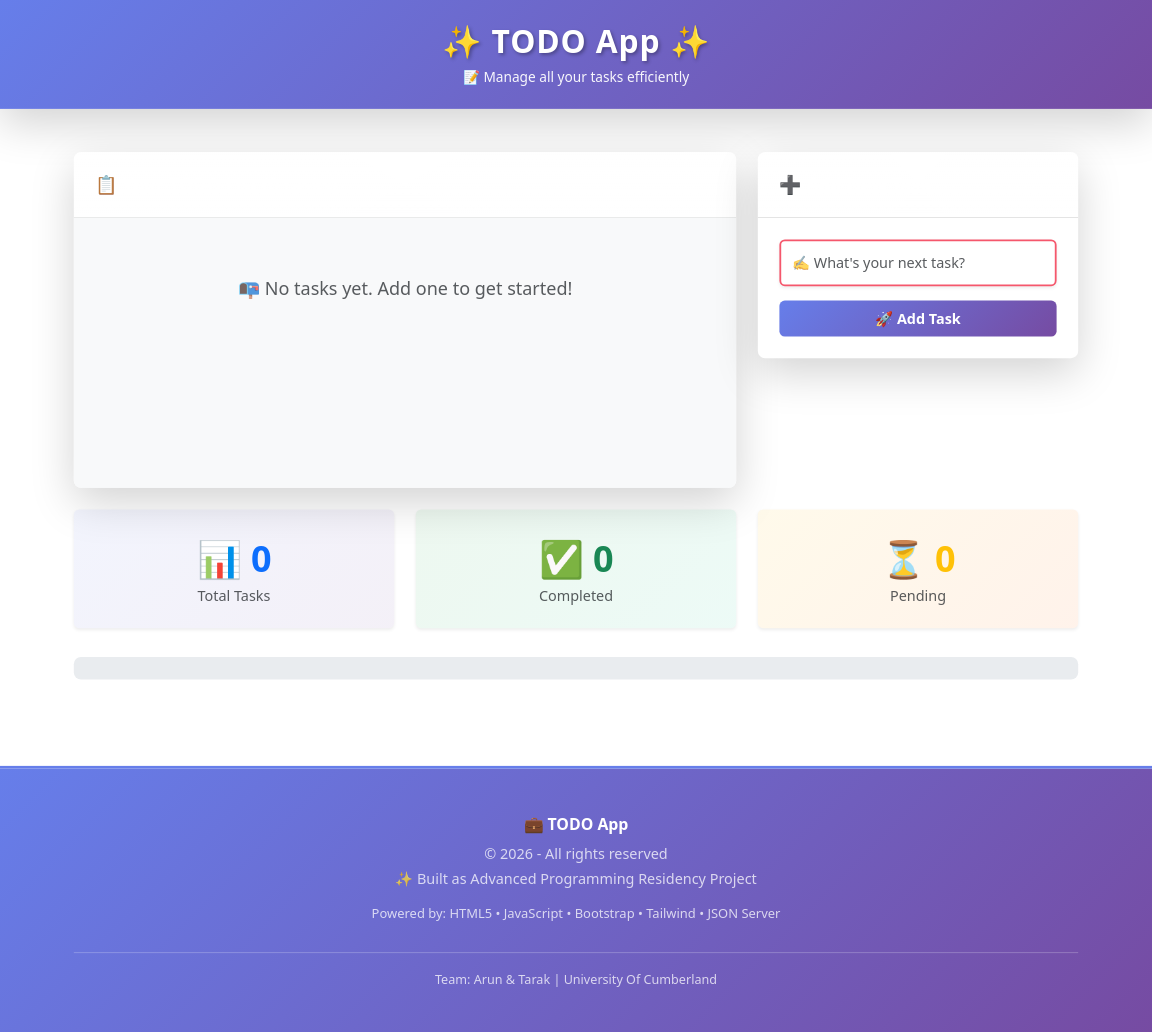
Repository: arunkr12/Master-In-Computer-Science
Page: Advanced Programming Language/Residency Project Team One Arun Javascript Version/TODO/index.html
These files come from the project's save history. The page is drawn as it stood at one moment and after the next save; the edit follows.
The browser window is 1280 px wide. The pictures show the whole page, at 90% of full size.
The page's requests for data from a server got no answer. Some web libraries are served in a nearby version.

Above is the page before, as saved 2026-02-20 18:49:23.

### Advanced Programming Language/Residency Project Team One Arun Javascript Version/TODO/index.html
<!doctype html>
<html lang="en">
  <head>
    <meta charset="UTF-8" />
    <meta name="viewport" content="width=device-width, initial-scale=1.0" />
    <title>TODO App</title>
    <link
      href="https://cdn.jsdelivr.net/npm/bootstrap@5.3.8/dist/css/bootstrap.min.css"
      rel="stylesheet"
    />
    <link href="https://cdn.tailwindcss.com" rel="stylesheet" />
    <style>
      body {
        display: flex;
        flex-direction: column;
        min-height: 100vh;
      }
      main {
        flex: 1;
      }
      footer {
        background-color: #f8f9fa;
        border-top: 1px solid #dee2e6;
      }
    </style>
  </head>
  <body>
    <div id="app"></div>

    <script src="https://cdn.jsdelivr.net/npm/bootstrap@5.3.8/dist/js/bootstrap.bundle.min.js"></script>
    <script type="module" src="app.js"></script>
  </body>
</html>

### Advanced Programming Language/Residency Project Team One Arun Javascript Version/TODO/app.js
import ToDoContainer from "./ToDoContainer/ToDoContainer.js";

// Initialize the app
const app = document.getElementById("app");
const todoContainer = new ToDoContainer();

// Load todos from JSON Server and render the app
async function initializeApp() {
  await todoContainer.initialize();
  app.innerHTML = todoContainer.render();
  setupEventListeners();
}

function setupEventListeners() {
  // Add todo button click
  const addBtn = document.querySelector(".add-todo-btn");
  const inputField = document.querySelector(".add-todo-input");

  if (addBtn) {
    addBtn.addEventListener("click", async () => {
      const text = inputField.value;
      if (text.trim()) {
        await todoContainer.addTodoItem(text);
        app.innerHTML = todoContainer.render();
        setupEventListeners();
        inputField.value = "";
      }
    });

    inputField.addEventListener("keypress", async (e) => {
      if (e.key === "Enter") {
        const text = inputField.value;
        if (text.trim()) {
          await todoContainer.addTodoItem(text);
          app.innerHTML = todoContainer.render();
          setupEventListeners();
          inputField.value = "";
        }
      }
    });
  }

  // Delete buttons
  const deleteButtons = document.querySelectorAll(".delete-btn");
  deleteButtons.forEach((btn) => {
    btn.addEventListener("click", async () => {
      const id = parseInt(btn.getAttribute("data-id"));
      await todoContainer.deleteTodoItem(id);
      app.innerHTML = todoContainer.render();
      setupEventListeners();
    });
  });

  // Edit buttons
  const editButtons = document.querySelectorAll(".edit-btn");
  editButtons.forEach((btn) => {
    btn.addEventListener("click", async () => {
      const id = parseInt(btn.getAttribute("data-id"));
      const currentText = btn.getAttribute("data-text");
      const newText = prompt("Edit task:", currentText);
      if (newText !== null && newText.trim()) {
        await todoContainer.editTodoItem(id, newText);
        app.innerHTML = todoContainer.render();
        setupEventListeners();
      }
    });
  });

  // Toggle checkboxes
  const checkboxes = document.querySelectorAll(".todo-checkbox");
  checkboxes.forEach((checkbox) => {
    checkbox.addEventListener("change", async () => {
      const id = parseInt(checkbox.getAttribute("data-id"));
      await todoContainer.toggleTodoItem(id);
      app.innerHTML = todoContainer.render();
      setupEventListeners();
    });
  });
}

// Initialize the app when DOM is ready
initializeApp();

### Advanced Programming Language/Residency Project Team One Arun Javascript Version/TODO/ToDoContainer/ToDoContainer.js
import Header from "../Header/Header.js";
import Footer from "../Footer/Footer.js";
import ToDoList from "../ToDoList/ToDoList.js";
import AddTodo from "../AddTodo/AddTodo.js";
import Stats from "../Stats/Stats.js";
import TodoService from "../Services/TodoService.js";

class ToDoContainer {
  constructor() {
    this.header = new Header("TODO App", "Manage all your tasks efficiently");
    this.footer = new Footer(2026, "TODO App");
    this.todoList = new ToDoList();
    this.addTodo = new AddTodo();
    this.stats = new Stats();
    this.todoService = new TodoService();

    this.todos = [];
  }

  async initialize() {
    this.todos = await this.todoService.getTodos();
    this.updateComponents();
  }

  updateComponents() {
    this.todoList.setTodos(this.todos);
    this.stats.setTodos(this.todos);
  }

  async addTodoItem(text) {
    if (text.trim()) {
      const newTodo = await this.todoService.addTodo(text);
      if (newTodo) {
        this.todos.push(newTodo);
        this.updateComponents();
        return newTodo;
      }
    }
    return null;
  }

  async editTodoItem(id, newText) {
    if (newText.trim()) {
      const updated = await this.todoService.updateTodo(id, {
        text: newText.trim(),
      });
      if (updated) {
        const todo = this.todos.find((t) => t.id === id);
        if (todo) {
          todo.text = newText.trim();
          this.updateComponents();
        }
        return updated;
      }
    }
    return null;
  }

  async toggleTodoItem(id) {
    const todo = this.todos.find((t) => t.id === id);
    if (todo) {
      const updated = await this.todoService.updateTodo(id, {
        completed: !todo.completed,
      });
      if (updated) {
        todo.completed = updated.completed;
        this.updateComponents();
      }
      return updated;
    }
    return null;
  }

  async deleteTodoItem(id) {
    const success = await this.todoService.deleteTodo(id);
    if (success) {
      this.todos = this.todos.filter((t) => t.id !== id);
      this.updateComponents();
      return true;
    }
    return false;
  }

  render() {
    const header = this.header.render();
    const mainContent = this.renderMain();
    const footer = this.footer.render();

    return `
            ${header}
            ${mainContent}
            ${footer}
        `;
  }

  renderMain() {
    const todoListHtml = this.todoList.render();
    const addTodoHtml = this.addTodo.render();
    const statsHtml = this.stats.render();

    return `
            <main class="py-5">
                <div class="container">
                    <div class="row mb-4">
                        <div class="col-md-8">
                            ${todoListHtml}
                        </div>
                        <div class="col-md-4">
                            ${addTodoHtml}
                        </div>
                    </div>
                    ${statsHtml}
                </div>
            </main>
        `;
  }

  getTodos() {
    return this.todos;
  }
}

export default ToDoContainer;

### Advanced Programming Language/Residency Project Team One Arun Javascript Version/TODO/Header/Header.js
class Header {
  constructor(
    title = "TODO App",
    subtitle = "Manage all your tasks efficiently",
  ) {
    this.title = title;
    this.subtitle = subtitle;
  }

  render() {
    return `
      <header class="bg-gradient-primary text-white py-4 shadow-lg" style="background: linear-gradient(135deg, #667eea 0%, #764ba2 100%);">
        <div class="container">
          <div class="text-center">
            <h1 class="m-0 fw-bold" style="text-shadow: 2px 2px 4px rgba(0,0,0,0.3); letter-spacing: 1px; font-size: 2.2rem;">
              ✨ ${this.title} ✨
            </h1>
            <p class="m-0 mt-2 text-white" style="font-size: 0.95rem; opacity: 0.95;">
              📝 ${this.subtitle}
            </p>
          </div>
        </div>
      </header>
    `;
  }
}

export default Header;

### Advanced Programming Language/Residency Project Team One Arun Javascript Version/TODO/Footer/Footer.js
class Footer {
  constructor(year = 2026, projectName = "TODO App") {
    this.year = year;
    this.projectName = projectName;
  }

  render() {
    return `
      <footer class="py-5 mt-5" style="background: linear-gradient(135deg, #667eea 0%, #764ba2 100%); color: white; border-top: 3px solid #667eea;">
        <div class="container">
          <div class="row text-center">
            <div class="col-md-12">
              <p class="mb-2 fw-bold" style="font-size: 1.1rem;">💼 ${this.projectName}</p>
              <p class="mb-1 opacity-75">&copy; ${this.year} - All rights reserved</p>
              <p class="mb-0 opacity-75">✨ Built as Advanced Programming Residency Project</p>
              <p class="mt-3 opacity-75" style="font-size: 0.9rem;">
                Powered by: HTML5 • JavaScript • Bootstrap • Tailwind • JSON Server
              </p>
            </div>
          </div>
          <hr class="my-3 opacity-25">
          <div class="text-center opacity-75">
            <small>Team: Arun & Tarak | University Of Cumberland</small>
          </div>
        </div>
      </footer>
    `;
  }
}

export default Footer;

### Advanced Programming Language/Residency Project Team One Arun Javascript Version/TODO/ToDoList/ToDoList.js
class ToDoList {
  constructor(todos = []) {
    this.todos = todos;
    this.editingId = null;
    this.editText = "";
  }

  setTodos(todos) {
    this.todos = todos;
  }

  renderTodoRow(todo) {
    const isEditing = this.editingId === todo.id;
    const statusIcon = todo.completed ? "✅" : "📌";

    return `
      <div class="list-group-item d-flex justify-content-between align-items-center p-3 border-0 shadow-sm mb-2"
           data-todo-id="${todo.id}"
           style="background: ${todo.completed ? "#f0f9ff" : "#fafbfc"}; border-left: 4px solid ${todo.completed ? "#28a745" : "#667eea"} !important; border-radius: 4px;">
        <div class="flex-grow-1 d-flex align-items-center">
          <input class="form-check-input me-3 todo-checkbox" type="checkbox"
                 data-id="${todo.id}"
                 style="width: 20px; height: 20px; cursor: pointer;"
                 ${todo.completed ? "checked" : ""}>
          <span class="todo-text fs-5 ${todo.completed ? "text-decoration-line-through text-success" : "text-dark fw-500"}"
                style="cursor: default;">
            ${statusIcon} ${todo.text}
          </span>
        </div>
        <div class="btn-group btn-group-sm" role="group">
          <button class="btn btn-sm btn-outline-warning edit-btn" data-id="${todo.id}" data-text="${todo.text}" title="Edit" style="border-radius: 4px 0 0 4px;">
            ✏️ Edit
          </button>
          <button class="btn btn-sm btn-outline-danger delete-btn" data-id="${todo.id}" title="Delete" style="border-radius: 0 4px 4px 0;">
            🗑️ Delete
          </button>
        </div>
      </div>
    `;
  }

  render() {
    const todosHtml = this.todos
      .map((todo) => this.renderTodoRow(todo))
      .join("");

    return `
      <div class="card shadow-lg border-0" style="border-radius: 8px;">
        <div class="card-header bg-gradient p-4" style="background: linear-gradient(135deg, #667eea 0%, #764ba2 100%); border-radius: 8px 8px 0 0;">
          <h5 class="mb-0 text-white fw-bold">
            📋 Your TODO List (${this.todos.length} tasks)
          </h5>
        </div>
        <div class="p-3" style="min-height: 300px; background: #f8f9fa; border-radius: 0 0 8px 8px;">
          ${todosHtml || '<div class="text-center text-muted py-5"><p class="fs-5">📭 No tasks yet. Add one to get started!</p></div>'}
        </div>
      </div>
    `;
  }
}

export default ToDoList;

### Advanced Programming Language/Residency Project Team One Arun Javascript Version/TODO/AddTodo/AddTodo.js
class AddTodo {
  constructor(onAdd = null) {
    this.onAdd = onAdd;
    this.inputValue = "";
  }

  render() {
    return `
      <div class="card shadow-lg border-0" style="border-radius: 8px;">
        <div class="card-header bg-gradient p-4" style="background: linear-gradient(135deg, #f093fb 0%, #f5576c 100%); border-radius: 8px 8px 0 0;">
          <h5 class="card-title mb-0 text-white fw-bold">
            ➕ Add New Task
          </h5>
        </div>
        <div class="card-body p-4">
          <div class="mb-3">
            <input type="text" class="form-control add-todo-input shadow-sm"
                   placeholder="✍️ What's your next task?"
                   id="newTaskInput"
                   style="border: 2px solid #f5576c; border-radius: 6px; padding: 12px; font-size: 1rem;">
          </div>
          <button class="btn btn-gradient w-100 add-todo-btn fw-bold py-2"
                  style="background: linear-gradient(135deg, #667eea 0%, #764ba2 100%); border: none; border-radius: 6px; color: white; font-size: 1rem; transition: all 0.3s ease;">
            🚀 Add Task
          </button>
        </div>
      </div>
    `;
  }
}

export default AddTodo;

### Advanced Programming Language/Residency Project Team One Arun Javascript Version/TODO/Stats/Stats.js
class Stats {
  constructor(todos = []) {
    this.todos = todos;
  }

  setTodos(todos) {
    this.todos = todos;
  }

  getTotalTasks() {
    return this.todos.length;
  }

  getCompletedTasks() {
    return this.todos.filter((t) => t.completed).length;
  }

  getPendingTasks() {
    return this.getTotalTasks() - this.getCompletedTasks();
  }

  render() {
    const total = this.getTotalTasks();
    const completed = this.getCompletedTasks();
    const pending = this.getPendingTasks();
    const percentage = total > 0 ? Math.round((completed / total) * 100) : 0;

    return `
      <div class="row mt-4">
        <div class="col-md-4 mb-3">
          <div class="card shadow-sm border-0 text-center p-4" style="background: linear-gradient(135deg, #667eea15 0%, #764ba215 100%); border-left: 4px solid #667eea;">
            <div class="text-primary fw-bold" style="font-size: 2.5rem;">📊 ${total}</div>
            <div class="text-muted fw-500">Total Tasks</div>
          </div>
        </div>
        <div class="col-md-4 mb-3">
          <div class="card shadow-sm border-0 text-center p-4" style="background: linear-gradient(135deg, #28a74515 0%, #20c99715 100%); border-left: 4px solid #28a745;">
            <div class="text-success fw-bold" style="font-size: 2.5rem;">✅ ${completed}</div>
            <div class="text-muted fw-500">Completed</div>
          </div>
        </div>
        <div class="col-md-4 mb-3">
          <div class="card shadow-sm border-0 text-center p-4" style="background: linear-gradient(135deg, #ffc10715 0%, #ff650715 100%); border-left: 4px solid #ff6b6b;">
            <div class="text-warning fw-bold" style="font-size: 2.5rem;">⏳ ${pending}</div>
            <div class="text-muted fw-500">Pending</div>
          </div>
        </div>
      </div>
      <div class="progress mt-3" style="height: 25px; border-radius: 8px;">
        <div class="progress-bar bg-success fw-bold" role="progressbar"
             style="width: ${percentage}%; border-radius: 8px;"
             aria-valuenow="${percentage}" aria-valuemin="0" aria-valuemax="100">
          ${percentage}% Complete
        </div>
      </div>
    `;
  }
}

export default Stats;

### Advanced Programming Language/Residency Project Team One Arun Javascript Version/TODO/Services/TodoService.js
class TodoService {
  constructor(apiUrl = "http://localhost:3000") {
    this.apiUrl = apiUrl;
    this.todosEndpoint = `${this.apiUrl}/todos`;
  }

  async getTodos() {
    try {
      const response = await fetch(this.todosEndpoint);
      if (!response.ok) throw new Error("Failed to fetch todos");
      return await response.json();
    } catch (error) {
      console.error("Error fetching todos:", error);
      return [];
    }
  }

  async addTodo(text) {
    try {
      const response = await fetch(this.todosEndpoint, {
        method: "POST",
        headers: { "Content-Type": "application/json" },
        body: JSON.stringify({
          text: text.trim(),
          completed: false,
        }),
      });
      if (!response.ok) throw new Error("Failed to add todo");
      return await response.json();
    } catch (error) {
      console.error("Error adding todo:", error);
      return null;
    }
  }

  async updateTodo(id, updates) {
    try {
      const response = await fetch(`${this.todosEndpoint}/${id}`, {
        method: "PATCH",
        headers: { "Content-Type": "application/json" },
        body: JSON.stringify(updates),
      });
      if (!response.ok) throw new Error("Failed to update todo");
      return await response.json();
    } catch (error) {
      console.error("Error updating todo:", error);
      return null;
    }
  }

  async deleteTodo(id) {
    try {
      const response = await fetch(`${this.todosEndpoint}/${id}`, {
        method: "DELETE",
      });
      if (!response.ok) throw new Error("Failed to delete todo");
      return true;
    } catch (error) {
      console.error("Error deleting todo:", error);
      return false;
    }
  }

  async toggleTodo(id, todos) {
    const todo = todos.find((t) => t.id === id);
    if (todo) {
      return this.updateTodo(id, { completed: !todo.completed });
    }
    return null;
  }
}

export default TodoService;

After the next save:
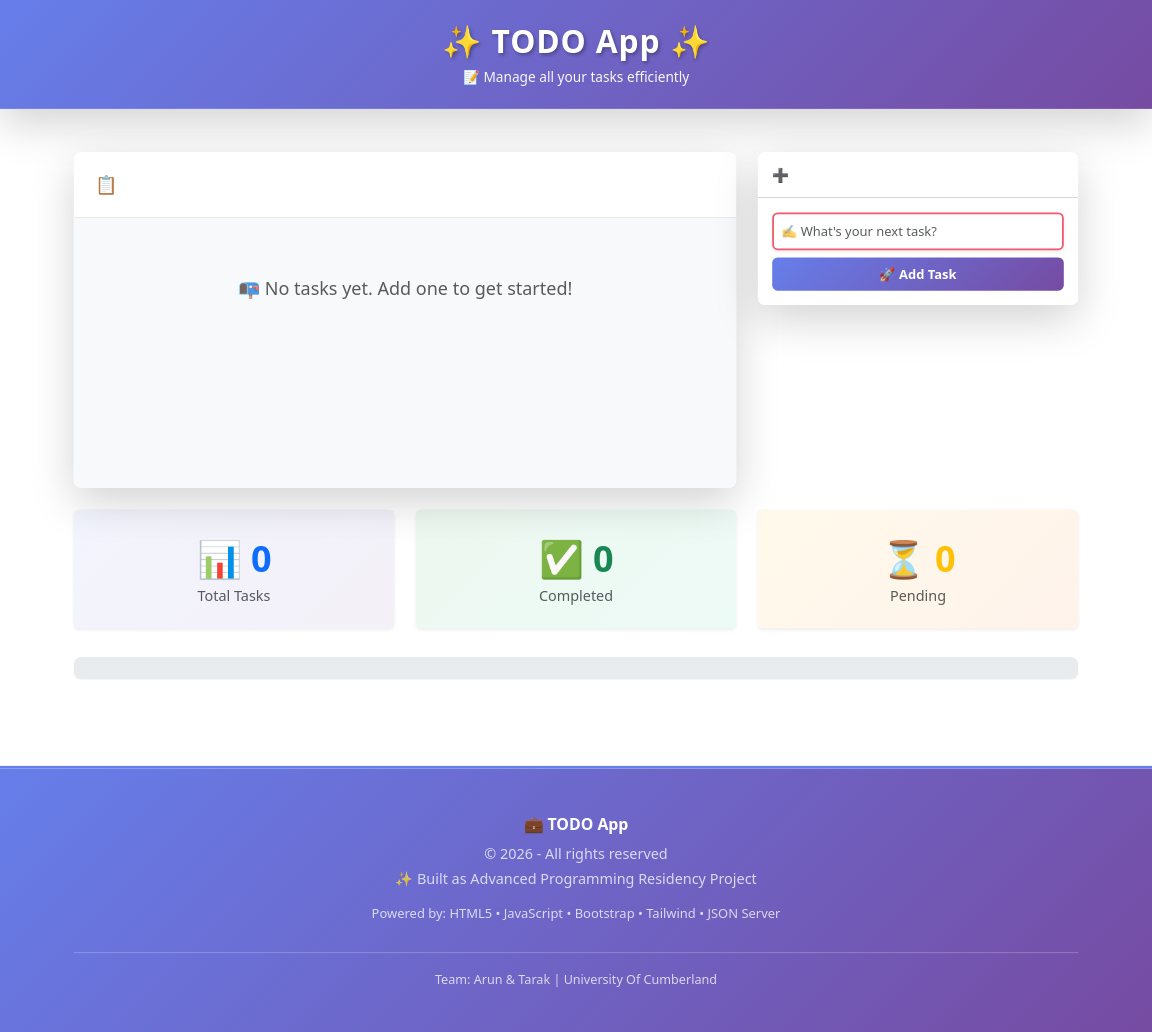
Saved 14 s later.
--- a/Advanced Programming Language/Residency Project Team One Arun Javascript Version/TODO/AddTodo/AddTodo.js
+++ b/Advanced Programming Language/Residency Project Team One Arun Javascript Version/TODO/AddTodo/AddTodo.js
@@ -7,20 +7,20 @@ class AddTodo {
   render() {
     return `
       <div class="card shadow-lg border-0" style="border-radius: 8px;">
-        <div class="card-header bg-gradient p-4" style="background: linear-gradient(135deg, #f093fb 0%, #f5576c 100%); border-radius: 8px 8px 0 0;">
-          <h5 class="card-title mb-0 text-white fw-bold">
+        <div class="card-header bg-gradient p-3" style="background: linear-gradient(135deg, #f093fb 0%, #f5576c 100%); border-radius: 8px 8px 0 0;">
+          <h6 class="card-title mb-0 text-white fw-bold" style="font-size: 0.95rem;">
             ➕ Add New Task
-          </h5>
+          </h6>
         </div>
-        <div class="card-body p-4">
-          <div class="mb-3">
+        <div class="card-body p-3">
+          <div class="mb-2">
             <input type="text" class="form-control add-todo-input shadow-sm"
                    placeholder="✍️ What's your next task?"
                    id="newTaskInput"
-                   style="border: 2px solid #f5576c; border-radius: 6px; padding: 12px; font-size: 1rem;">
+                   style="border: 2px solid #f5576c; border-radius: 6px; padding: 8px; font-size: 0.9rem;">
           </div>
-          <button class="btn btn-gradient w-100 add-todo-btn fw-bold py-2"
-                  style="background: linear-gradient(135deg, #667eea 0%, #764ba2 100%); border: none; border-radius: 6px; color: white; font-size: 1rem; transition: all 0.3s ease;">
+          <button class="btn btn-gradient w-100 add-todo-btn fw-bold"
+                  style="background: linear-gradient(135deg, #667eea 0%, #764ba2 100%); border: none; border-radius: 6px; color: white; font-size: 0.9rem; padding: 8px; transition: all 0.3s ease;">
             🚀 Add Task
           </button>
         </div>
